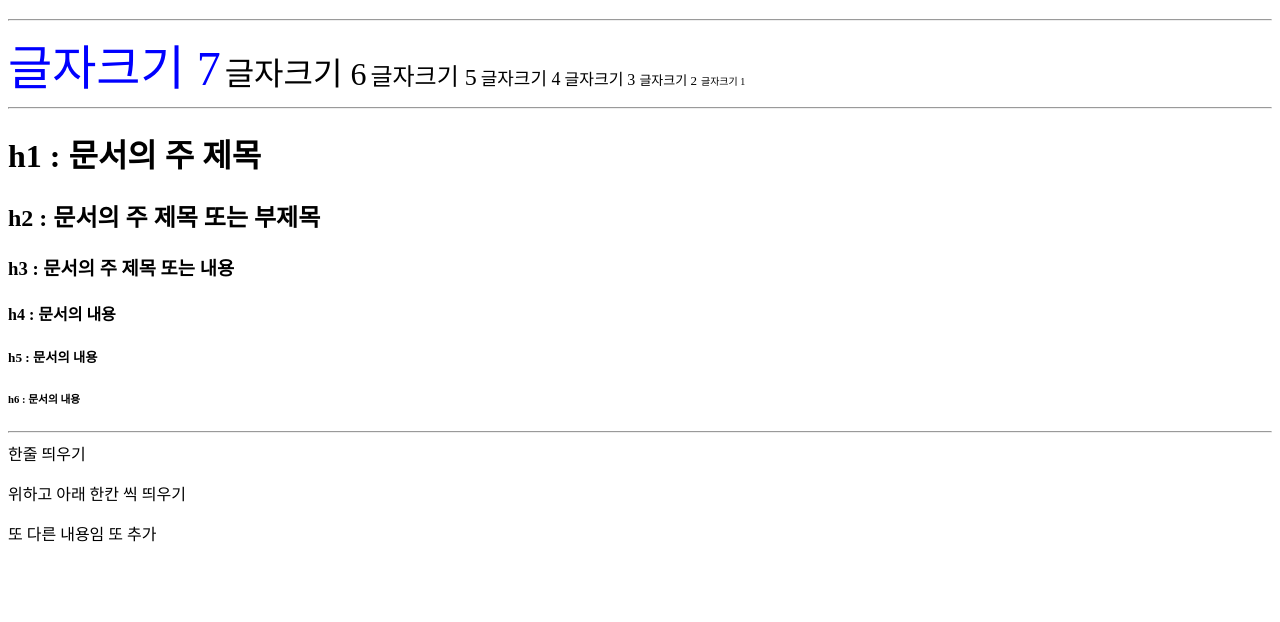
Repository: sika5382/jsp
Page: html/WebContent/NewFile.html
These files come from the project's save history. The page is drawn as it stood at one moment and after the next save; the edit follows.
The browser window is 1280 px wide. The pictures show the whole page.

Above is the page before, as saved 2020-10-29 05:19:48.

### html/WebContent/NewFile.html
<!DOCTYPE html>
<html>
<head>
<meta charset="UTF-8">
<title>Insert title here</title>
</head>
<!--
<body text="white" bgcolor='black'>
	 -->
<body>

<font style="backgroun-color:blue;">
<h3 style="backgrund-color:red;"></h3>

<hr>

<font size="7" face="궁서체" color="blue">글자크기 7</font>
<font size="6">글자크기 6</font>
<font size="5">글자크기 5</font>
<font size="4">글자크기 4</font>
<font size="3">글자크기 3</font>
<font size="2">글자크기 2</font>
<font size="1">글자크기 1</font>

<hr>

<h1> h1 : 문서의 주 제목</h1>
<h2> h2 : 문서의 주 제목 또는 부제목</h2>
<h3> h3 : 문서의 주 제목 또는 내용</h3>
<h4> h4 : 문서의 내용</h4>
<h5> h5 : 문서의 내용</h5>
<h6> h6 : 문서의 내용</h6>

<hr>
	 한줄 띄우기 <br>
	<p>위하고 아래 한칸 씩 띄우기 </p>

		 <!-- html 주석 -->
	또 다른 내용임
	또 추가
</body>
</html>

After the next save:
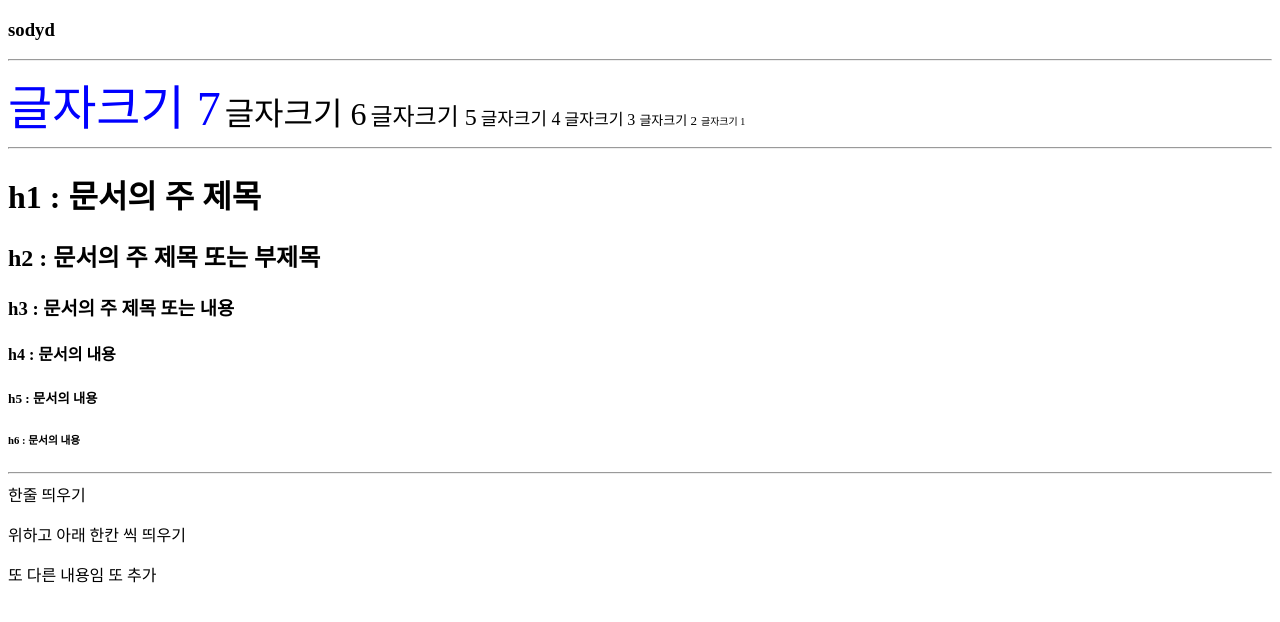
Saved 13 s later.
--- a/html/WebContent/NewFile.html
+++ b/html/WebContent/NewFile.html
@@ -10,7 +10,7 @@
 <body>
 
 <font style="backgroun-color:blue;">
-<h3 style="backgrund-color:red;"></h3>
+<h3 style="backgrund-color:red;">sodyd</h3>
 
 <hr>
 
